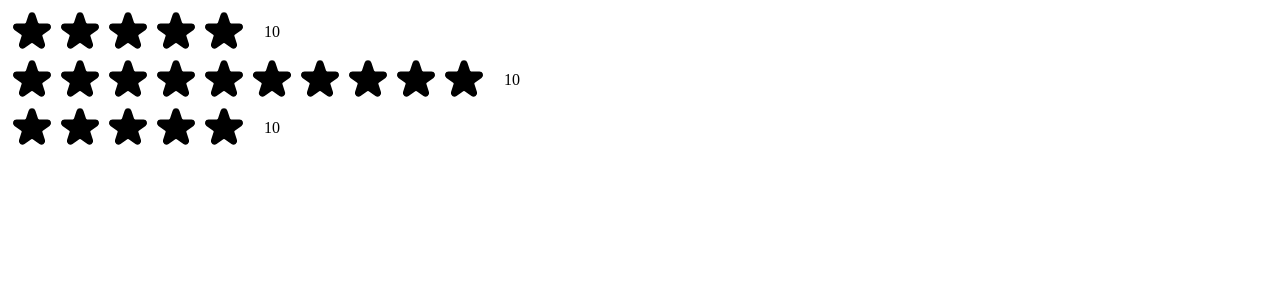
Repository: echoyol/07-usepopcorn
Page: /
An editor plug-in stored every save of this project. The page is shown before and after the next save, followed by the edit.
The browser window is 1280 px wide. The pictures show the whole page.
The project was rebuilt for these pictures with package versions that can differ from the ones it lists, and the page was loaded fresh each time.

Above is the page before, as saved 2023-07-06 11:30:38.

After the next save:
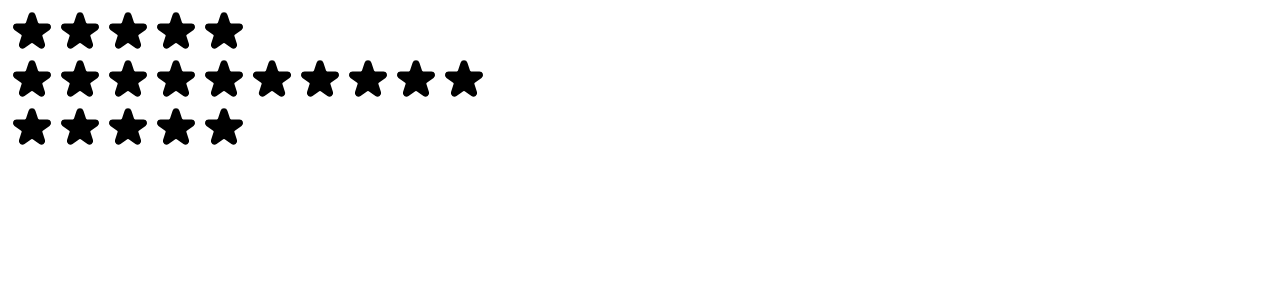
Saved 106 s later.
--- a/src/StarRating.js
+++ b/src/StarRating.js
@@ -1,3 +1,5 @@
+import { useState } from 'react'
+
 const containerStyle = {
   display: 'flex',
   alignItems: 'center',
@@ -13,6 +15,7 @@ const textStyle = {
   margin: '0',
 }
 export default function StarRating({ maxRating = 5 }) {
+  const [rating, setRating] = useState(0)
   return (
     <div style={containerStyle}>
       <div style={starContainerStyle}>
@@ -20,7 +23,7 @@ export default function StarRating({ maxRating = 5 }) {
           <Star key={i} />
         ))}
       </div>
-      <p style={textStyle}>10</p>
+      <p style={textStyle}>{rating || ''}</p>
     </div>
   )
 }
